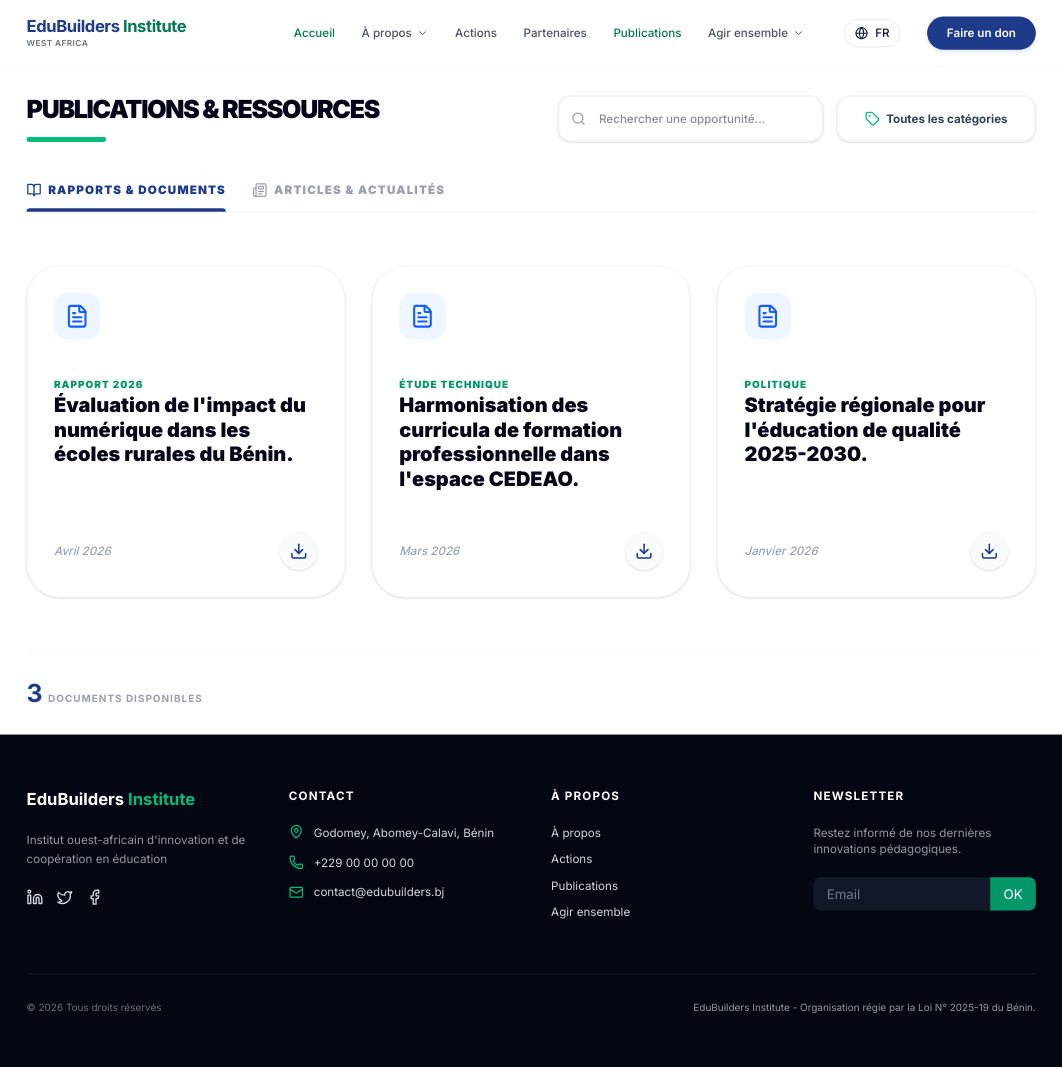
Repository: Julvano/edubuilders-website
Page: /fr/publications
These files come from the project's save history. The page is drawn as it stood at one moment and after the next save; the edit follows.
The browser window is 1280 px wide. The pictures show the whole page, at 83% of full size.
Some web fonts or font styles are not loaded; a fallback is used. The project was rebuilt for these pictures with package versions that can differ from the ones it lists, and the page was loaded fresh each time. Also part of the build but not shown: vite.config.ts, src/translations.ts, src/pages/Home.tsx, src/pages/Actions.tsx, src/pages/Partners.tsx, src/pages/VisionMission.tsx, src/pages/Objectives.tsx, src/pages/Join.tsx and 8 more.

Above is the page before, as saved 2026-04-28 15:03:53.

After the next save:
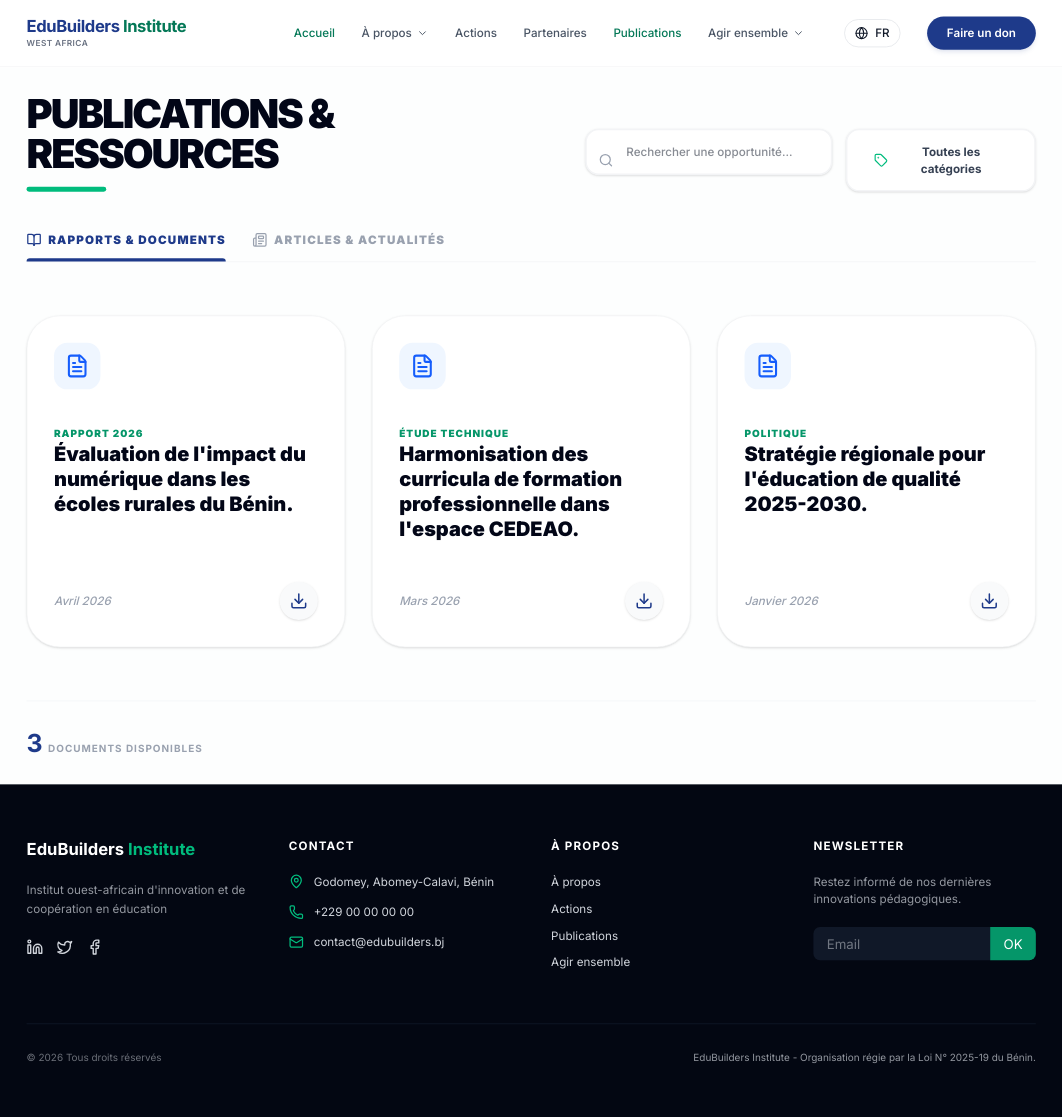
Saved 104 s later.
--- a/src/pages/Publications.tsx
+++ b/src/pages/Publications.tsx
@@ -190,10 +190,10 @@ const Publications: React.FC = () => {
         <div className="space-y-12 mb-16">
           <div className="flex flex-col lg:flex-row lg:items-end justify-between gap-8">
             <div className="space-y-4">
-              <h1 className="text-3xl lg:text-3xl sm:text-1xl font-black text-blue-950 uppercase tracking-tighter">
+              <h1 className="text-2xl sm:text-3xl md:text-4xl lg:text-5xl font-black text-blue-950 uppercase tracking-tighter leading-none">
                 {t.publications.title}
               </h1>
-              <div className="w-24 h-1.5 bg-emerald-500 rounded-full" />
+              <div className="w-20 sm:w-24 h-1.5 bg-emerald-500 rounded-full" />
             </div>
 
             <div className="flex flex-col sm:flex-row gap-4 w-full lg:w-auto">
